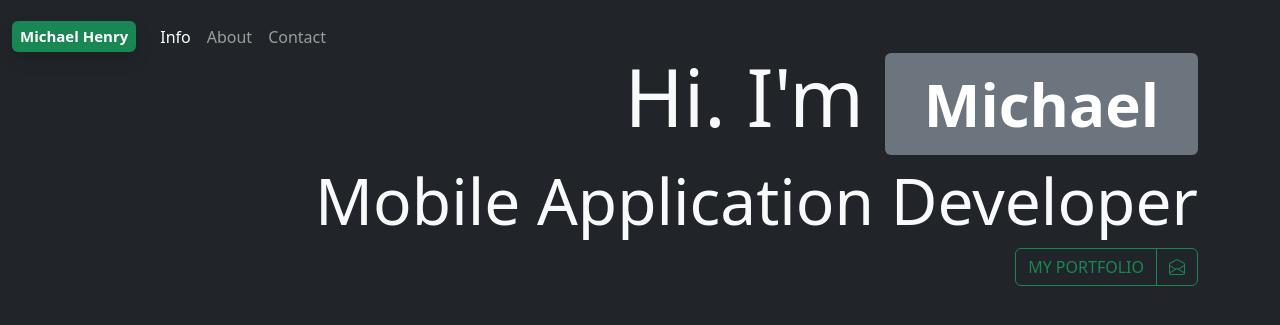
Repository: kenyi-mic/Portfolio_bootstrap
Page: index.html
These files come from the project's save history. The page is drawn as it stood at one moment and after the next save; the edit follows.
The browser window is 1280 px wide. The pictures show the whole page.

Above is the page before, as saved 2022-11-25 14:10:37.

### index.html
<!DOCTYPE html>
<html lang="en">

<head>
    <meta charset="UTF-8">
    <meta http-equiv="X-UA-Compatible" content="IE=edge">
    <meta name="viewport" content="width=device-width, initial-scale=1.0">
    <!---Bootstrap icon cdn-->
    <link rel="stylesheet" href="https://cdn.jsdelivr.net/npm/bootstrap-icons@1.10.2/font/bootstrap-icons.css">
    <link rel="stylesheet" href="style.css">
    <title>Michael Kenyi</title>
    <!---Bootstrap css-->
    <link href="https://cdn.jsdelivr.net/npm/bootstrap@5.2.3/dist/css/bootstrap.min.css" rel="stylesheet"
        integrity="sha384-rbsA2VBKQhggwzxH7pPCaAqO46MgnOM80zW1RWuH61DGLwZJEdK2Kadq2F9CUG65" crossorigin="anonymous">
</head>

<body class="v-100 bg-dark text-light">
    <!---Navigation--->
    <nav class="navbar navbar-expand-md navbar-dark fixed-top">
        <div class="container-fluid">
            <a href="" class="navbar-brand"><span class="badge bg-success p-2 my-2 shadow">Michael
                    Henry</span></a>
            <button class="navbar-toggler" type="button" data-bs-toggle="collapse" data-bs-target="#navbarMain">
                <span class="navbar-toggler-icon"></span></button>
            <div class="collapse navbar-collapse" id="navbarMain">
                <ul class="navbar-nav me-auto mb-2 mb-lg-0" style="z-index:10">
                    <li class="nav-item"><a href="" data-bs-toggle="collapse" data-bs-target=".multi-collapse"
                            aria-expanded="false" aria-control="about contact" class="nav-link active">Info</a></li>
                    <li class="nav-item"><a href="#about" role="button" data-bs-toggle="collapse" aria-expanded="false"
                            aria-control="about" class="nav-link">About</a></li>
                    <li class="nav-item"><a role="button" data-bs-toggle="collapse" aria-expanded="false"
                            aria-control="contact" href="#contact" class="nav-link">Contact</a></li>
                </ul>
            </div>
        </div>
    </nav>
    <!---Header---->
    <header class="container fixed-top text-end mt-5">
        <h1 class="display-1">
            Hi. I'm <span class="badge bg-secondary">Michael</span>
        </h1>
        <h2 class="display-3">Mobile Application Developer</h2>
        <!--HEADER > portfolio & email group-->
        <div class="btn-group">
            <!--Profile btn-->
            <button class="btn btn-outline-success text-uppercase" type="button" data-bs-toggle="offcanvas"
                aria-controls="portfolio" data-bs-target="#portfolio">My Portfolio</button>

            <!--Email btn-->
            <button class="btn btn-outline-success text-uppercase" type="button" data-bs-toggle="offcanvas"
                aria-controls="portfolio" data-bs-target="#email"><i class="bi bi-envelope-open"></i></button>
        </div>
    </header>



    <!---Bootstrap javascript-->
    <script src="https://cdn.jsdelivr.net/npm/bootstrap@5.2.3/dist/js/bootstrap.bundle.min.js"
        integrity="sha384-kenU1KFdBIe4zVF0s0G1M5b4hcpxyD9F7jL+jjXkk+Q2h455rYXK/7HAuoJl+0I4"
        crossorigin="anonymous"></script>
</body>

</html>

### style.css

body{

    background-image:url('https://images.unsplash.com/photo-1555952517-2e8e729e0b44?ixlib=rb-4.0.3&ixid=MnwxMjA3fDB8MHxzZWFyY2h8MzN8fHBlcnNvbnxlbnwwfHwwfHw%3D&auto=format&fit=crop&w=500&q=60')!;
    background-repeat:no-repeat;
    background-size:contain;
    background-position:center;
}

After the next save:
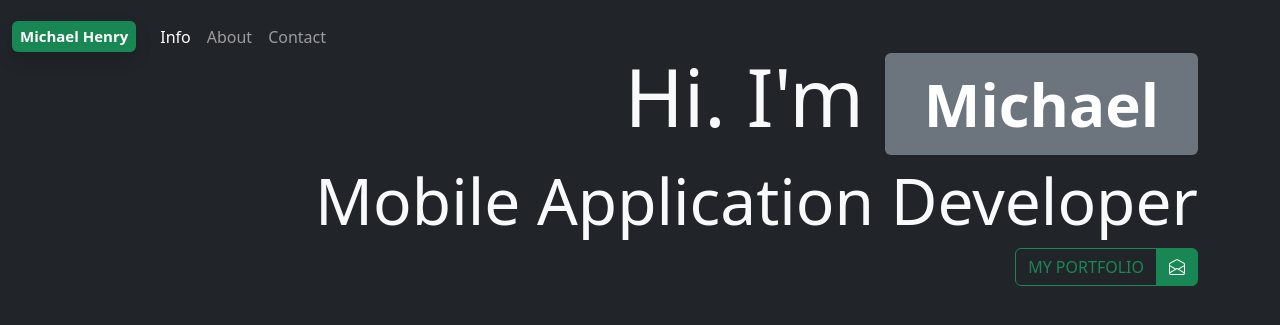
Saved 18 s later.
--- a/index.html
+++ b/index.html
@@ -47,7 +47,7 @@
                 aria-controls="portfolio" data-bs-target="#portfolio">My Portfolio</button>
 
             <!--Email btn-->
-            <button class="btn btn-outline-success text-uppercase" type="button" data-bs-toggle="offcanvas"
+            <button class="btn btn-success text-uppercase" type="button" data-bs-toggle="offcanvas"
                 aria-controls="portfolio" data-bs-target="#email"><i class="bi bi-envelope-open"></i></button>
         </div>
     </header>
